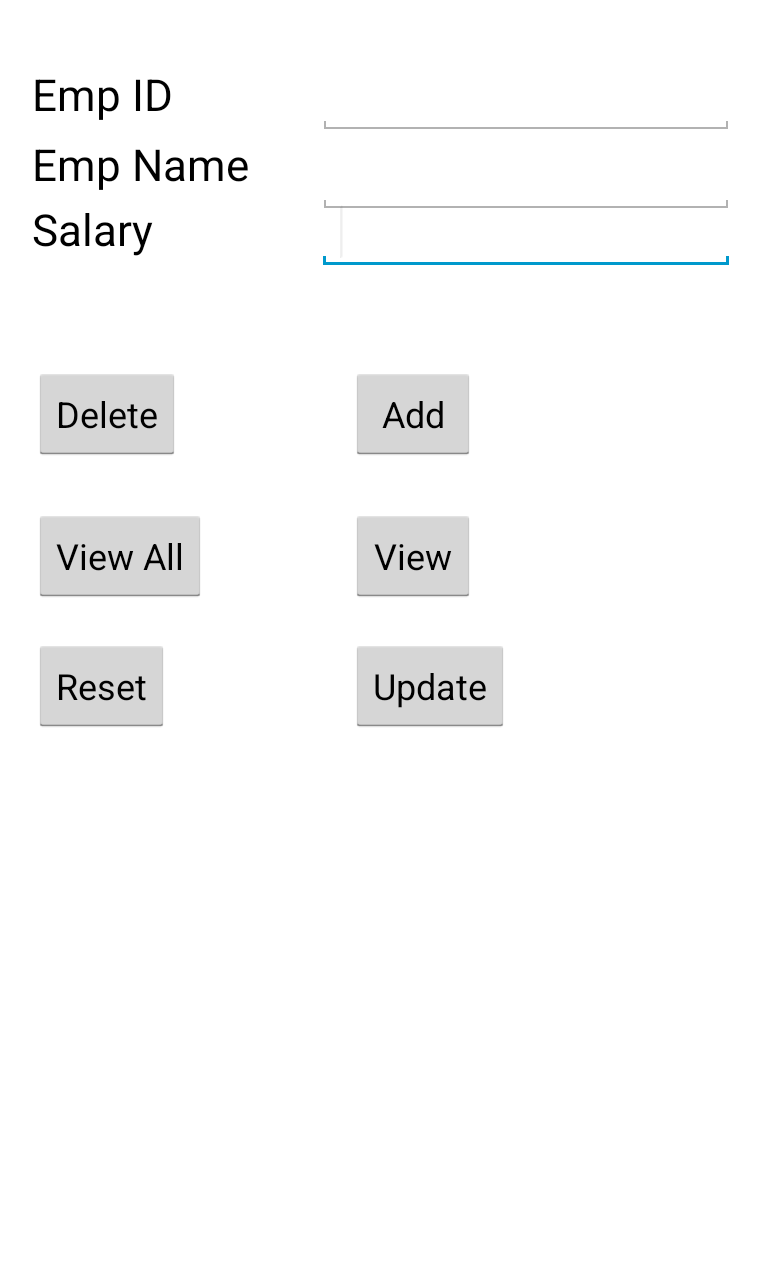
Repository: vinothknr1/aamec-mad-lab
Layout: Ex-4-Database-App/res/layout/activity_main.xml
An editor plug-in stored every save of this project. The layout is shown before and after the next save, followed by the edit.
It is drawn on a 768 x 1280 px phone screen (xhdpi) without system bars, with theme AppTheme; the app's code is not run.

Above is the layout before, as saved 2022-04-26 09:08:29.

After the next save:
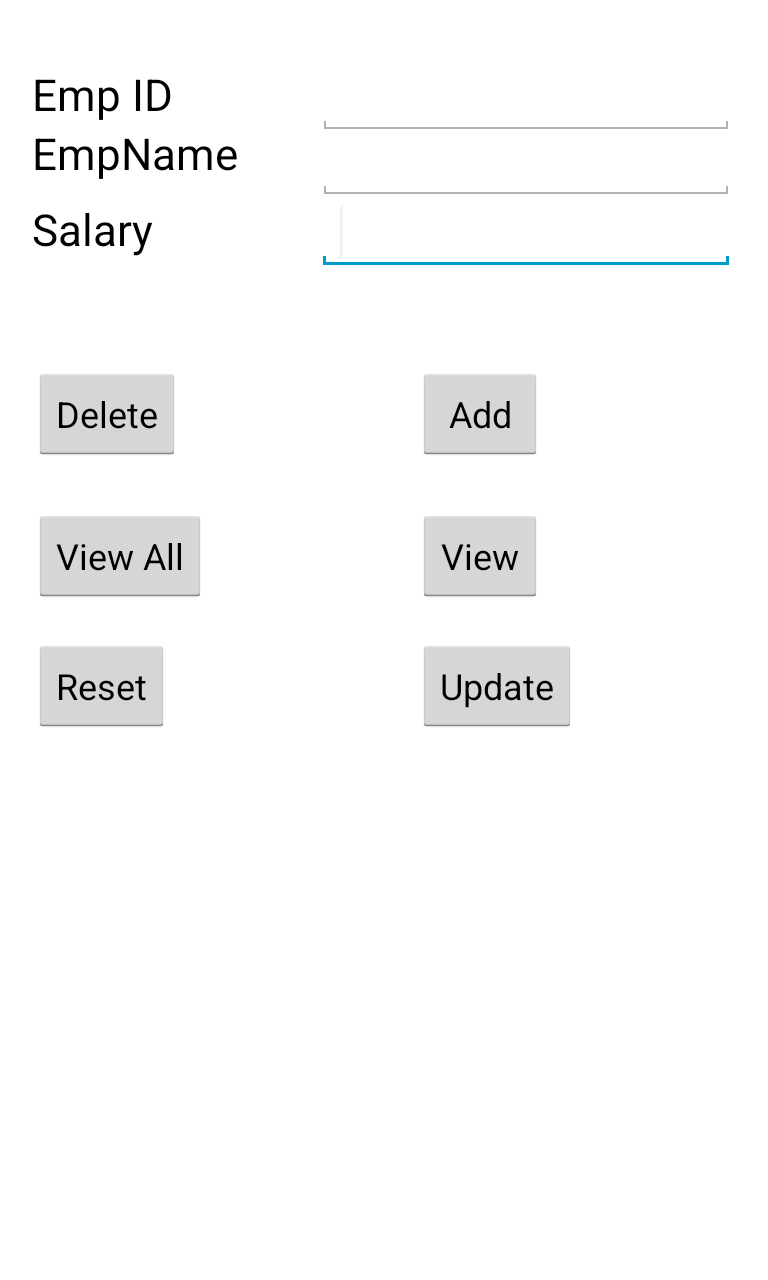
Saved 6 min 52 s later.
--- a/Ex-4-Database-App/res/layout/activity_main.xml
+++ b/Ex-4-Database-App/res/layout/activity_main.xml
@@ -101,7 +101,9 @@
         android:layout_height="wrap_content"
         android:layout_above="@+id/editTex3"
         android:layout_alignLeft="@+id/textView3"
-        android:text="Emp Name"
+        android:layout_below="@+id/textView1"
+        android:layout_toLeftOf="@+id/editTex1"
+        android:text="EmpName"
         android:textAppearance="?android:attr/textAppearanceLarge" />
 
     <EditText
@@ -117,8 +119,8 @@
         android:id="@+id/editTex2"
         android:layout_width="wrap_content"
         android:layout_height="wrap_content"
-        android:layout_alignRight="@+id/editTex3"
-        android:layout_below="@+id/editTex1"
+        android:layout_alignParentRight="true"
+        android:layout_alignTop="@+id/textView2"
         android:ems="10" />
 
 </RelativeLayout>
